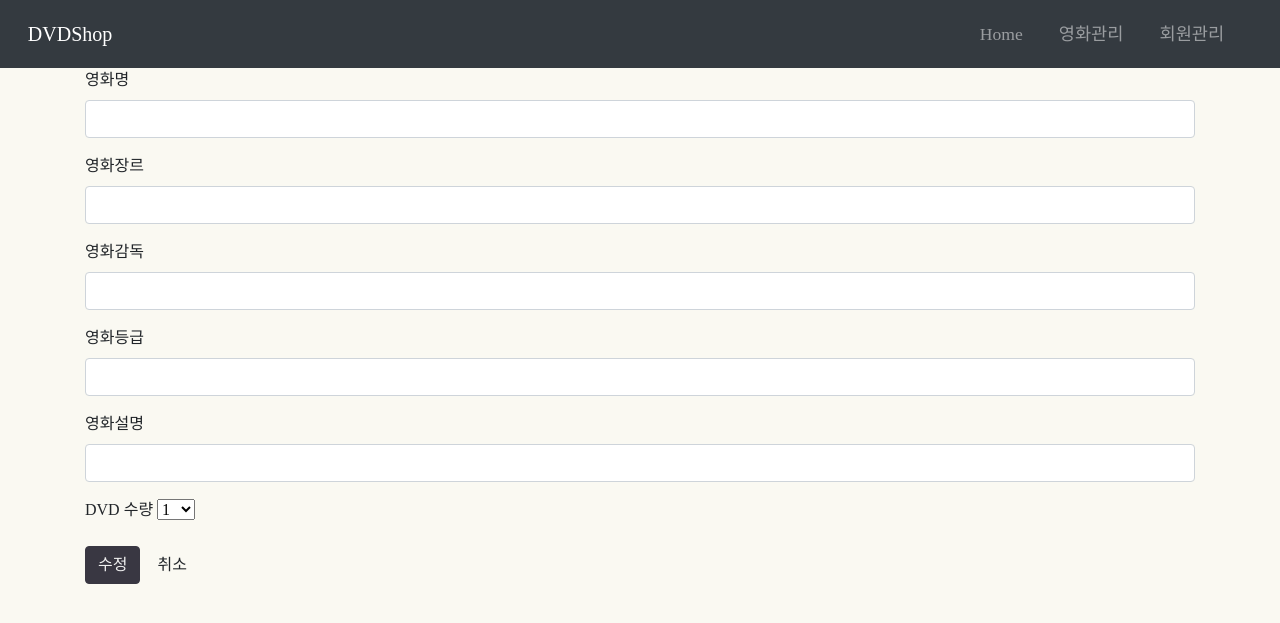
Repository: afterup/dvdshop
Page: http://localhost/shop_project/view/manager/admin_insert.jsp
An editor plug-in stored every save of this project. The page is shown before and after the next save, followed by the edit.
The browser window is 1280 px wide. The pictures show the whole page.
The page is served by Tomcat 9.

Above is the page before, as saved 2019-08-14 10:37:34.

After the next save:
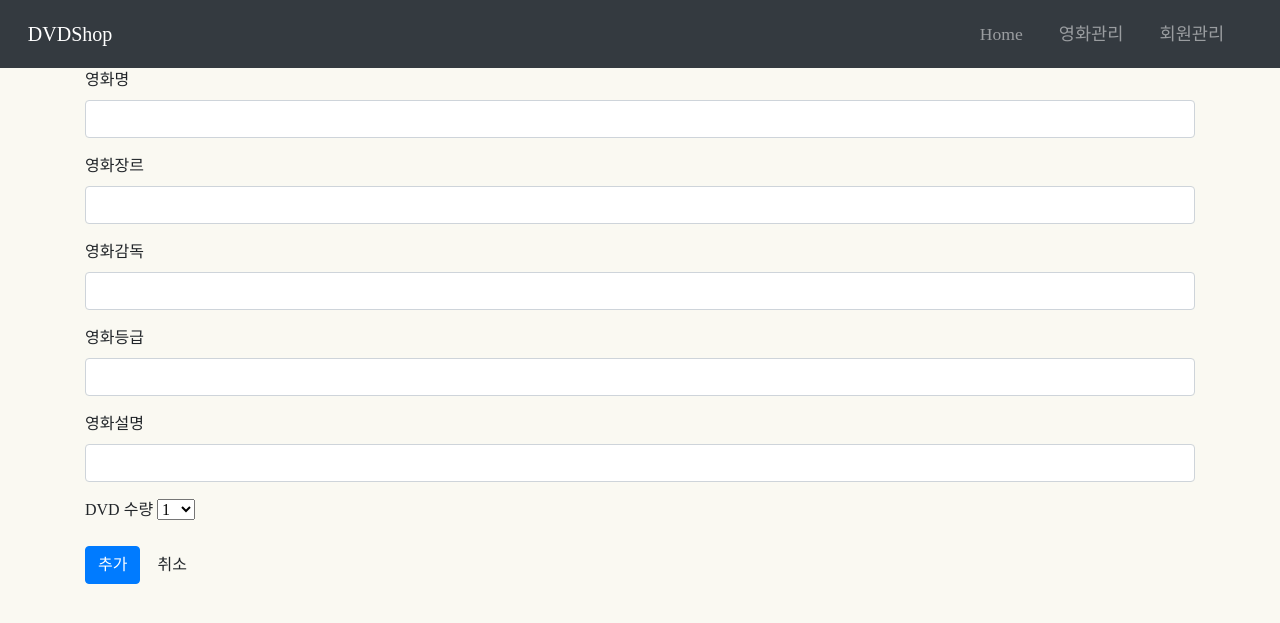
Saved 13 s later.
--- a/shop_project/WebContent/view/manager/admin_insert.jsp
+++ b/shop_project/WebContent/view/manager/admin_insert.jsp
@@ -55,7 +55,7 @@
 					</c:forEach>
 				</select>
 			</div>
-			<button type="button" onclick="validateCheck()" class="btn btn-info">수정</button>
+			<button type="button" onclick="validateCheck()" class="btn btn-primary">추가</button>
 			<button type="button" onclick="history.back()" class="btn">취소</button>
 		</form>
 	</div>
